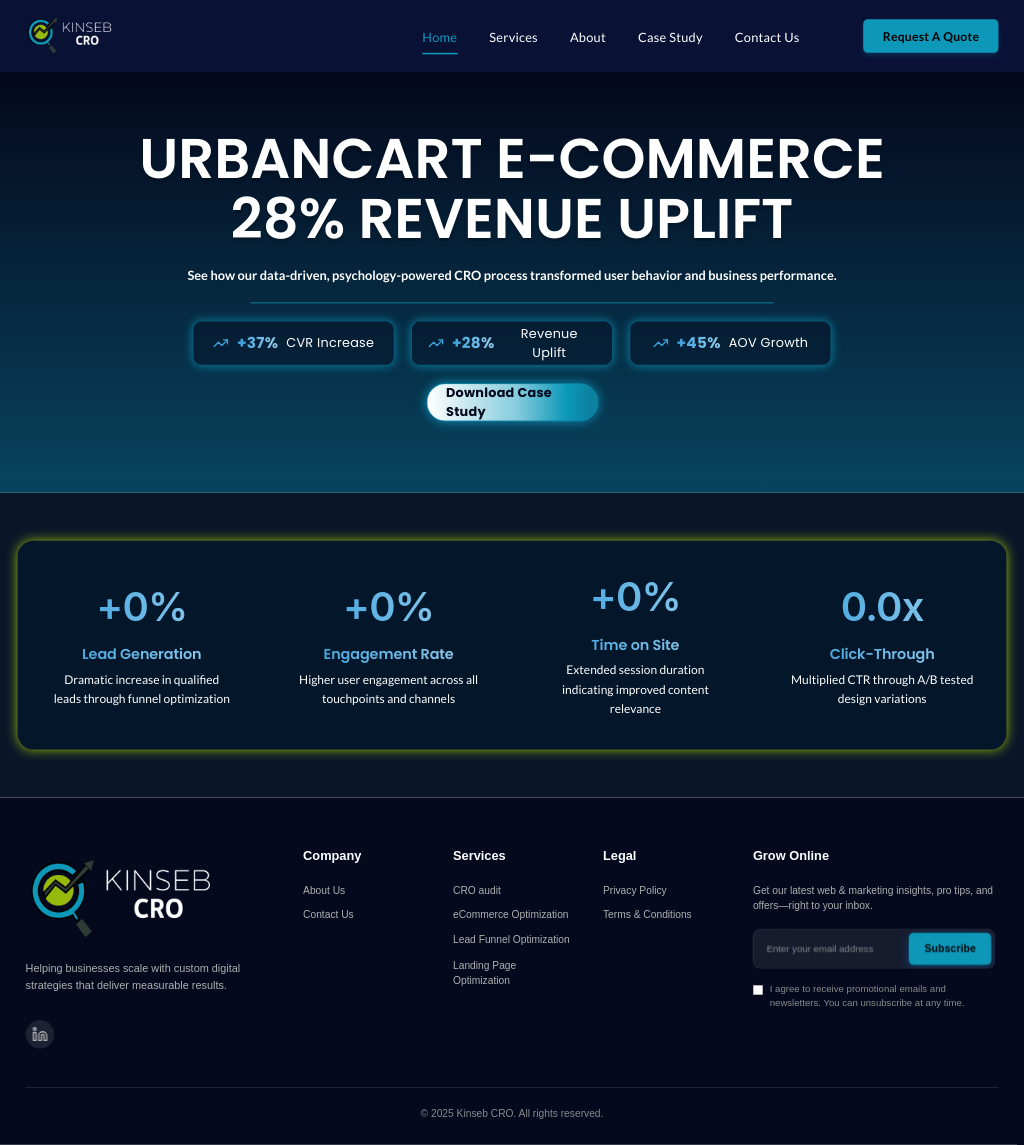
Repository: YahyaK01/kinseb
Page: /case-study/e-commerce-revenue-uplift-through-testing
The author's editor kept a copy of each file at every save. The page is drawn from the files as they stood at one save, then again after the next save.
The browser window is 1280 px wide. The pictures show the whole page, at 80% of full size.
The project was rebuilt for these pictures with package versions that can differ from the ones it lists, and the page was loaded fresh each time. Also part of the build but not shown: src/components/FAQ.js, src/components/CTA.jsx, src/components/MetricsSection.jsx, src/components/WhyCROMatter.jsx, src/components/Processsection.jsx, src/components/Hero.jsx, src/components/marquee.jsx, src/components/CEO.jsx and 29 more.

Above is the page before, as saved 2025-12-12 00:29:17.

After the next save:
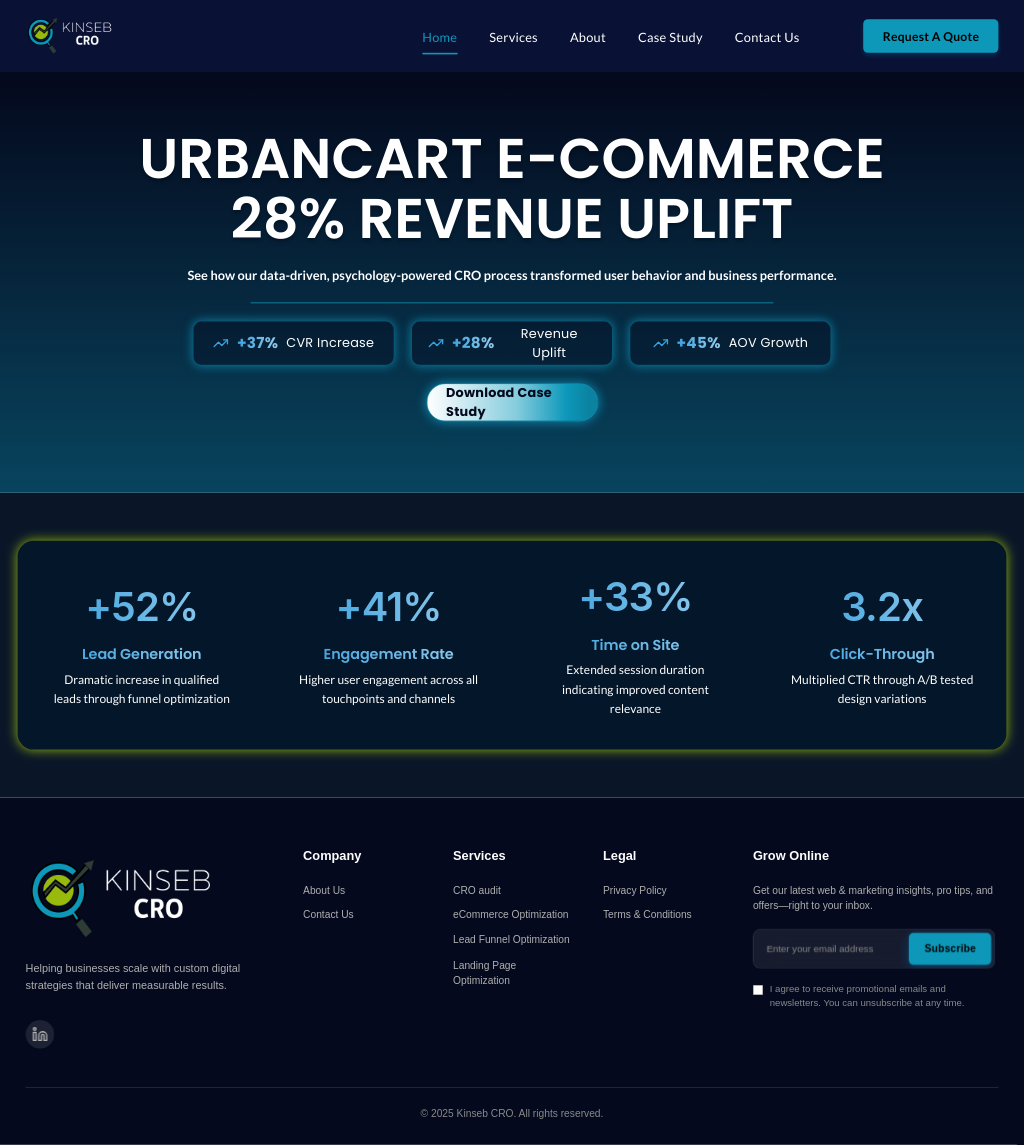
Saved 2 min 24 s later.
--- a/src/components/CaseStudyOutcomes.jsx
+++ b/src/components/CaseStudyOutcomes.jsx
@@ -244,8 +244,7 @@
 
 // Separate component for each outcome item with counter animation
 const OutcomeItem = ({ outcome, index, isLoaded, windowWidth }) => {
-  const [count, setCount] = useState(0);
-  const [hasAnimated, setHasAnimated] = useState(false);
+  const [displayValue, setDisplayValue] = useState('0');
 
   // Parse the number from the string
   const parseNumber = (str) => {
@@ -267,39 +266,42 @@
   const targetNumber = parseNumber(outcome.number);
   const prefix = getPrefix(outcome.number);
   const suffix = getSuffix(outcome.number);
+  const hasDecimal = targetNumber % 1 !== 0;
 
   // Counter animation effect
   useEffect(() => {
-    if (isLoaded && !hasAnimated) {
-      setHasAnimated(true);
-      const duration = 2000; // 2 seconds
-      const steps = 60;
-      const increment = targetNumber / steps;
-      const stepDuration = duration / steps;
-
-      let currentStep = 0;
-      const timer = setInterval(() => {
-        currentStep++;
-        if (currentStep >= steps) {
-          setCount(targetNumber);
-          clearInterval(timer);
-        } else {
-          setCount(prev => Math.min(prev + increment, targetNumber));
-        }
-      }, stepDuration);
-
-      return () => clearInterval(timer);
+    if (isLoaded) {
+      // Add delay based on index to stagger the start
+      const startDelay = (0.2 + index * 0.15) * 1000;
+
+      const startTimer = setTimeout(() => {
+        const duration = 2000; // 2 seconds
+        const frameRate = 1000 / 60; // 60 FPS
+        const totalFrames = Math.round(duration / frameRate);
+        let currentFrame = 0;
+
+        const counter = setInterval(() => {
+          currentFrame++;
+          const progress = currentFrame / totalFrames;
+
+          // Easing function for smoother animation
+          const easeOutQuart = 1 - Math.pow(1 - progress, 4);
+          const current = targetNumber * easeOutQuart;
+
+          if (currentFrame >= totalFrames) {
+            setDisplayValue(hasDecimal ? targetNumber.toFixed(1) : Math.round(targetNumber).toString());
+            clearInterval(counter);
+          } else {
+            setDisplayValue(hasDecimal ? current.toFixed(1) : Math.round(current).toString());
+          }
+        }, frameRate);
+
+        return () => clearInterval(counter);
+      }, startDelay);
+
+      return () => clearTimeout(startTimer);
     }
-  }, [isLoaded, hasAnimated, targetNumber]);
-
-  // Format the display number
-  const formatNumber = (num) => {
-    // If the original number has decimal places, show them
-    if (targetNumber % 1 !== 0) {
-      return num.toFixed(1);
-    }
-    return Math.round(num).toString();
-  };
+  }, [isLoaded, targetNumber, hasDecimal, index]);
 
   return (
     <div style={{
@@ -330,7 +332,7 @@
         WebkitTextFillColor: 'transparent',
         backgroundClip: 'text'
       }}>
-        {prefix}{formatNumber(count)}{suffix}
+        {prefix}{displayValue}{suffix}
       </div>
 
       {/* Heading and Description Container */}
